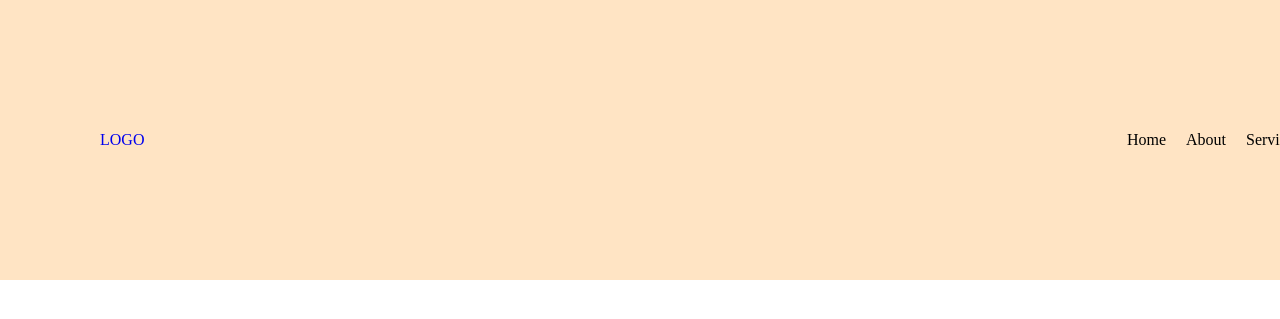
Repository: chanchalsaini/React-WUI
Page: /
These files come from the project's save history. The page is drawn as it stood at one moment and after the next save; the edit follows.
The browser window is 1280 px wide. The pictures show the whole page.
The project was rebuilt for these pictures with package versions that can differ from the ones it lists, and the page was loaded fresh each time.

Above is the page before, as saved 2020-09-21 21:55:32.

### src/index.js
import React from "react";
import ReactDOM from "react-dom";

import App from "./App";
import * as serviceWorker from "./serviceWorker";

ReactDOM.render(
  <React.StrictMode>
    <App />
  </React.StrictMode>,
  document.getElementById("root")
);

serviceWorker.unregister();

### src/App.js
import React, { Fragment } from "react";
import Navbar from "./components/Navbar";
import "./App.css";

function App() {
  return (
    <Fragment>
      <Navbar />
    </Fragment>
  );
}

export default App;

### src/components/Navbar.js
import React from "react";

function Navbar() {
  return (
    <header>
      <a href='/' className='logo'>
        LOGO
      </a>
      <ul className='links'>
        <a href='#' className='link'>
          <li>Home</li>
        </a>
        <a href='#' className='link'>
          <li>About</li>
        </a>
        <a href='#' className='link'>
          <li>Services</li>
        </a>
        <a href='#' className='link'>
          <li>Contact</li>
        </a>
      </ul>
    </header>
  );
}

export default Navbar;

### src/App.css
* {
  margin: 0px;
}
header {
  background-color: bisque;
  display: flex;
  justify-content: space-between;
  align-items: center;
  position: fixed;
  width: 100%;
  height: 80px;
  padding: 100px;
}
.logo {
  text-decoration: none;
}
.links {
  list-style: none;
  display: flex;
  align-items: center;
}
.link {
  text-decoration: none;
  color: black;
  margin: 0px 10px;
}

Loaded but not shown: public/index.html (common file); src/serviceWorker.js (common file)

After the next save:
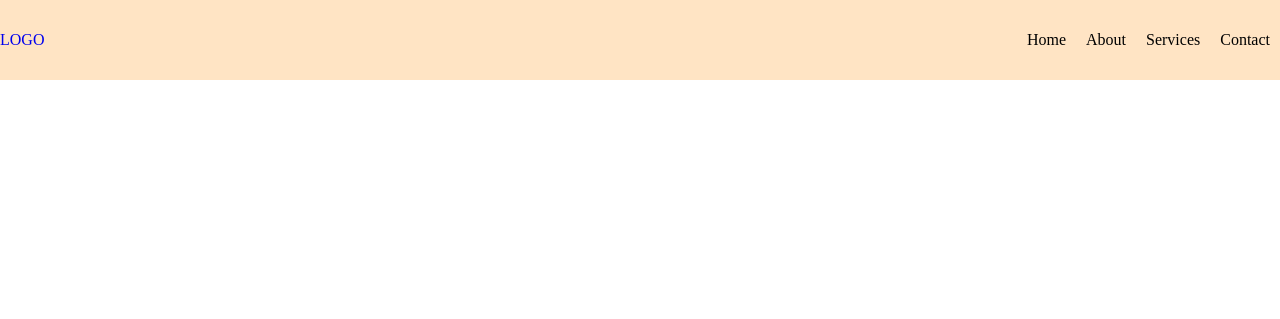
Saved 29 s later.
--- a/src/App.css
+++ b/src/App.css
@@ -9,7 +9,7 @@ header {
   position: fixed;
   width: 100%;
   height: 80px;
-  padding: 100px;
+  padding: 0px 40px 0px 0px;
 }
 .logo {
   text-decoration: none;
